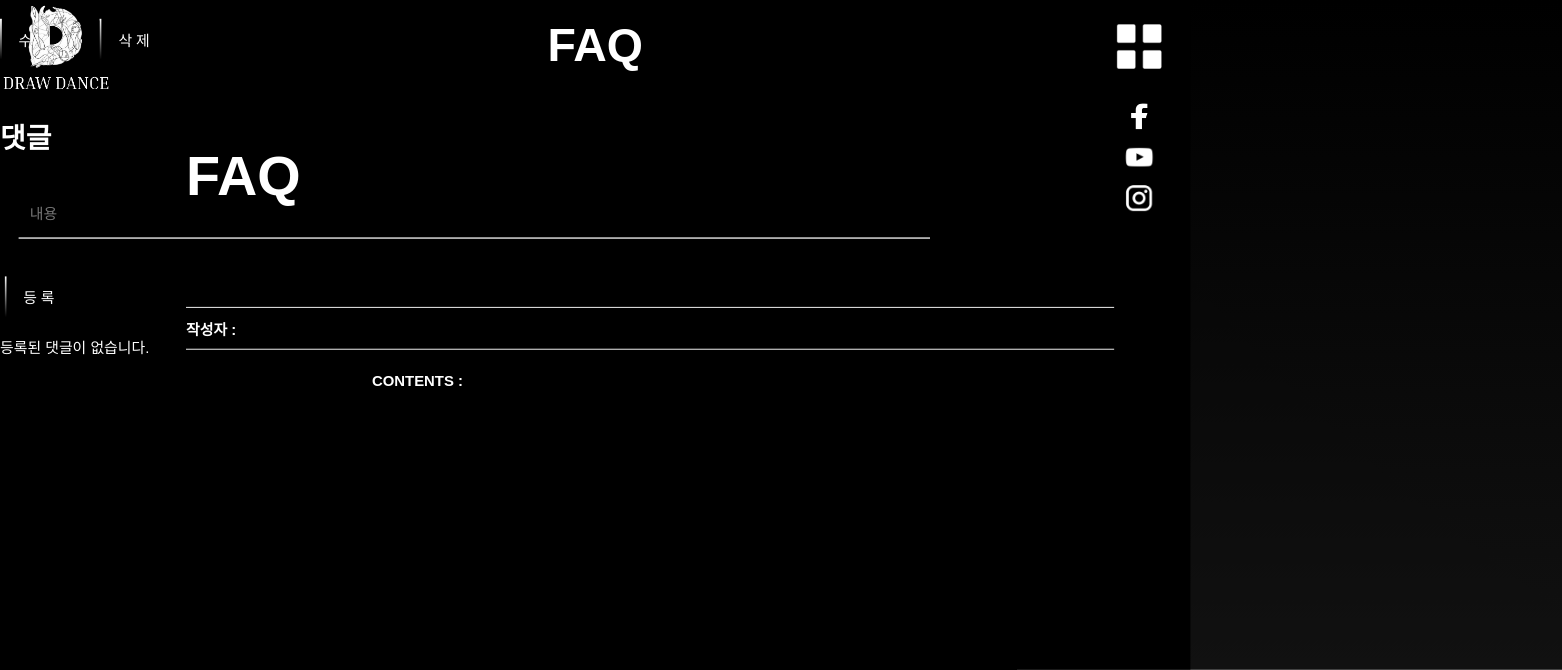
Repository: seonghun9906/semiProject
Page: http://localhost/drawAcademy/WEB-INF/views/QBoard/detail.jsp
These files come from the project's save history. The page is drawn as it stood at one moment and after the next save; the edit follows.
The browser window is 1280 px wide. The page is 1680 px wide, then 1480 px, so the pictures cover 1680 px, including what lies to the right of the window. The pictures show the whole page, at 93% of full size.
The page is served by Tomcat 9. Nobody is signed in. The template is opened directly, without the code that normally fills it, so the values that code supplies are empty.

Above is the page before, as saved 2024-02-29 02:30:08.

After the next save:
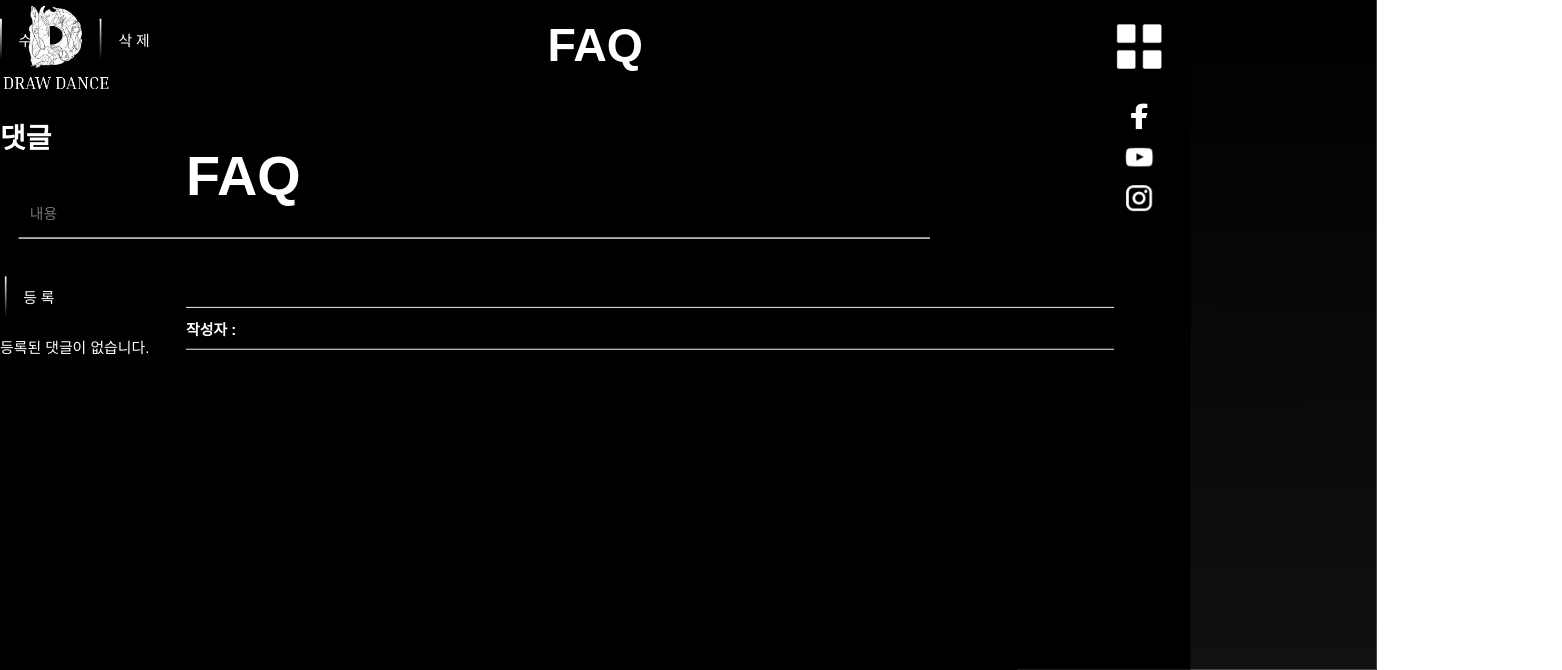
Saved 30 s later.
--- a/drawAcademy/src/main/webapp/WEB-INF/views/QBoard/detail.jsp
+++ b/drawAcademy/src/main/webapp/WEB-INF/views/QBoard/detail.jsp
@@ -96,9 +96,9 @@
                      <h4 class="author">작성자 : ${qboard.m_name}</h4>
 
 
-               <div class="detail-content">
+
                   <h4>CONTENTS : ${qboard.b_contents}</h4>
-               </div>
+
    			</div>
             <div class="btn-area">
 
